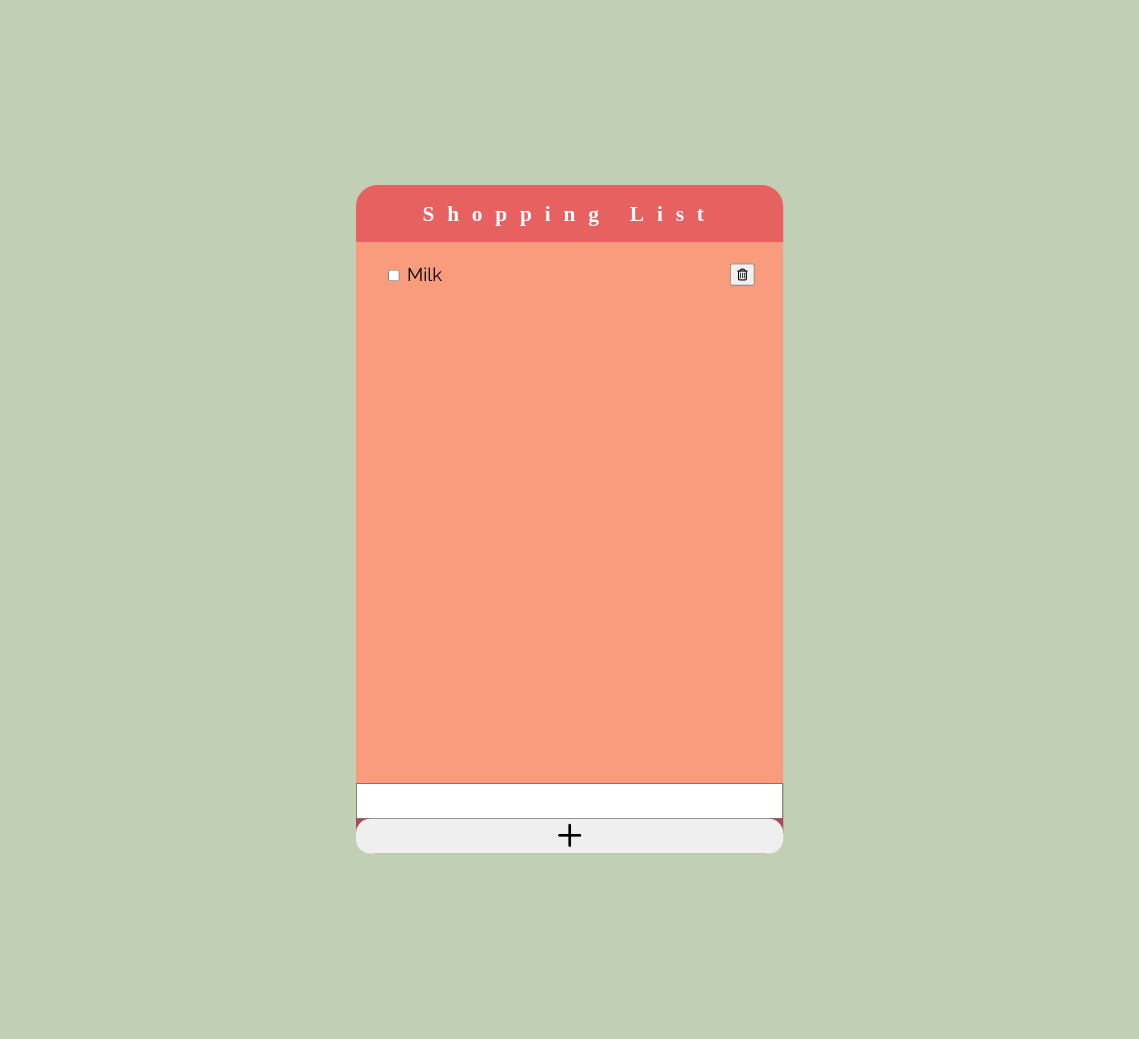
Repository: sephinejo/shopping-list-app
Page: index.html
An editor plug-in stored every save of this project. The page is shown before and after the next save, followed by the edit.
The browser window is 1280 px wide. The pictures show the whole page, at 89% of full size.
Some web fonts or font styles are not loaded; a fallback is used. Some web libraries are served in a nearby version.

Above is the page before, as saved 2023-05-12 11:15:16.

### index.html
<!DOCTYPE html>
<html lang="en">
  <head>
    <meta charset="UTF-8" />
    <meta http-equiv="X-UA-Compatible" content="IE=edge" />
    <meta name="viewport" content="width=device-width, initial-scale=1.0" />
    <title>Shopping List 🛍️🛒</title>
    <link rel="preconnect" href="https://fonts.googleapis.com" />
    <link rel="preconnect" href="https://fonts.gstatic.com" crossorigin />
    <link
      href="https://fonts.googleapis.com/css2?family=Alice&family=Raleway:wght@400;600;700;800&display=swap"
      rel="stylesheet"
    />
    <script
      src="https://kit.fontawesome.com/9ac80604cb.js"
      crossorigin="anonymous"
    ></script>
    <script src="main.js" defer></script>
    <link rel="stylesheet" href="style.css" />
  </head>
  <body>
    <section class="container">
      <header class="header">Shopping List</header>
      <ul class="items">
        <li class="item__row">
          <div class="item">
            <input id="item__checkbox" name="item__checkbox" type="checkbox" />
            <label for="item__checkbox">Milk</label>
          </div>
          <button><i class="fa-regular fa-trash-can"></i></button>
        </li>
      </ul>
      <footer>
        <input class="input" type="text" />
        <button class="footer__button">
          <i class="fa-regular fa-plus"></i>
        </button>
      </footer>
    </section>
  </body>
</html>

### style.css
* {
  box-sizing: border-box;
}

body {
  text-align: center;
  background-color: #c1d0b5;
}

.container {
  margin: 13rem auto;
  width: 30rem;
  background-color: #f99b7d;
  border-radius: 1.5rem;
}

.header {
  height: 4rem;
  padding: 1.2rem;
  font-family: 'Alice';
  font-size: 1.5rem;
  font-weight: 700;
  color: white;
  letter-spacing: 0.9rem;
  background: #e76161;
  border-radius: 1.5rem 1.5rem 0 0;
}

.items {
  height: 35rem;
  overflow-y: auto;
  margin: 1.5rem 2rem;
  padding: 0;
}

.item__row {
  display: flex;
  justify-content: space-between;
  font-size: 1.3rem;
  font-family: 'Raleway';
  font-weight: 500;
}

footer {
  background: #b04759;
  display: flex;
  flex-direction: column;
  border-radius: 0 0 1.5rem 1.5rem;
}

.input {
  height: 40px;
  outline: none;
  font-size: 1.4rem;
}

.footer__button {
  border-style: none;
  border-radius: 1rem;
  cursor: pointer;
  font-size: 2rem;
}

Loaded but not shown: main.js (no copy from this time; the picture is the same without it)

After the next save:
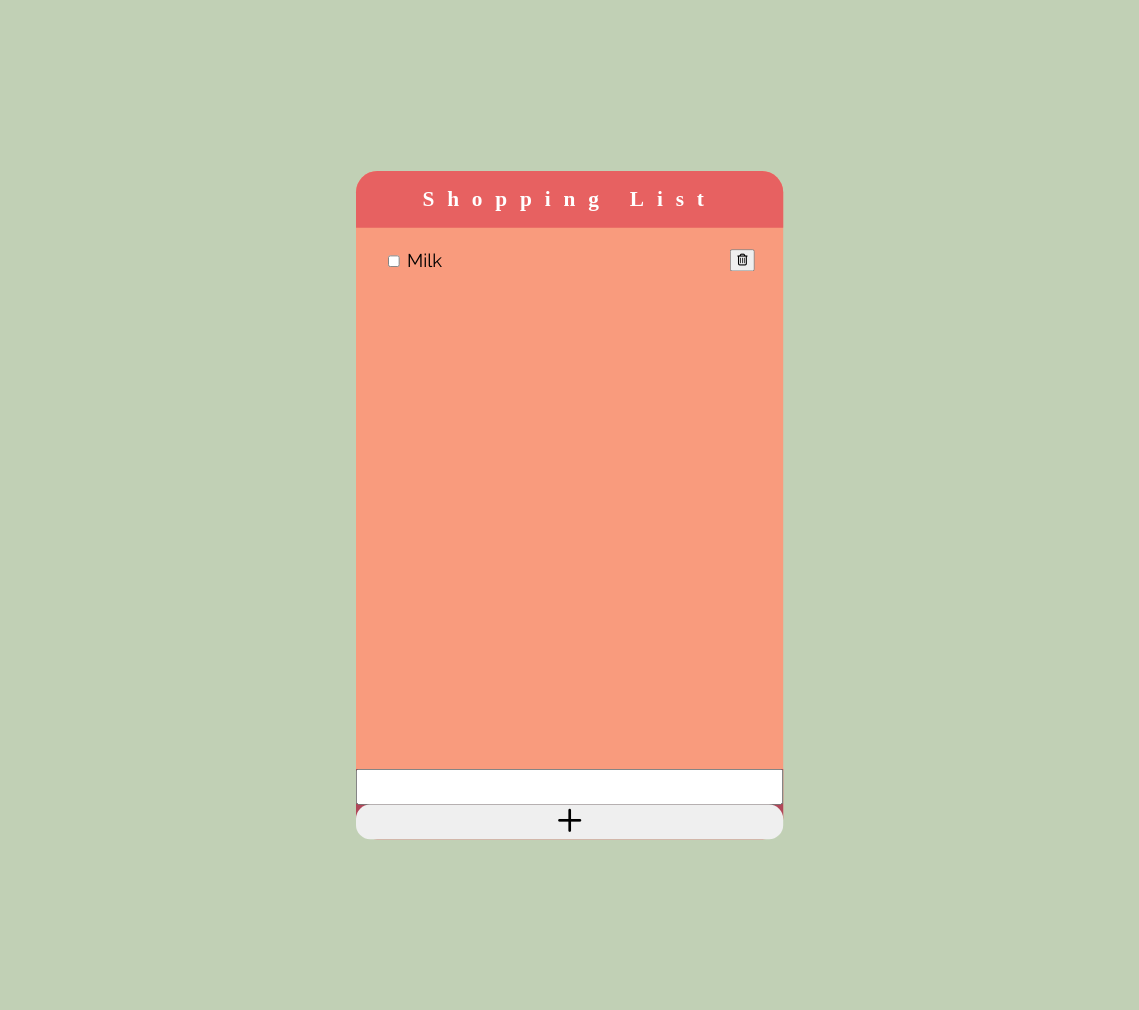
Saved 5 s later.
--- a/style.css
+++ b/style.css
@@ -8,7 +8,7 @@ body {
 }
 
 .container {
-  margin: 13rem auto;
+  margin: 12rem auto;
   width: 30rem;
   background-color: #f99b7d;
   border-radius: 1.5rem;
